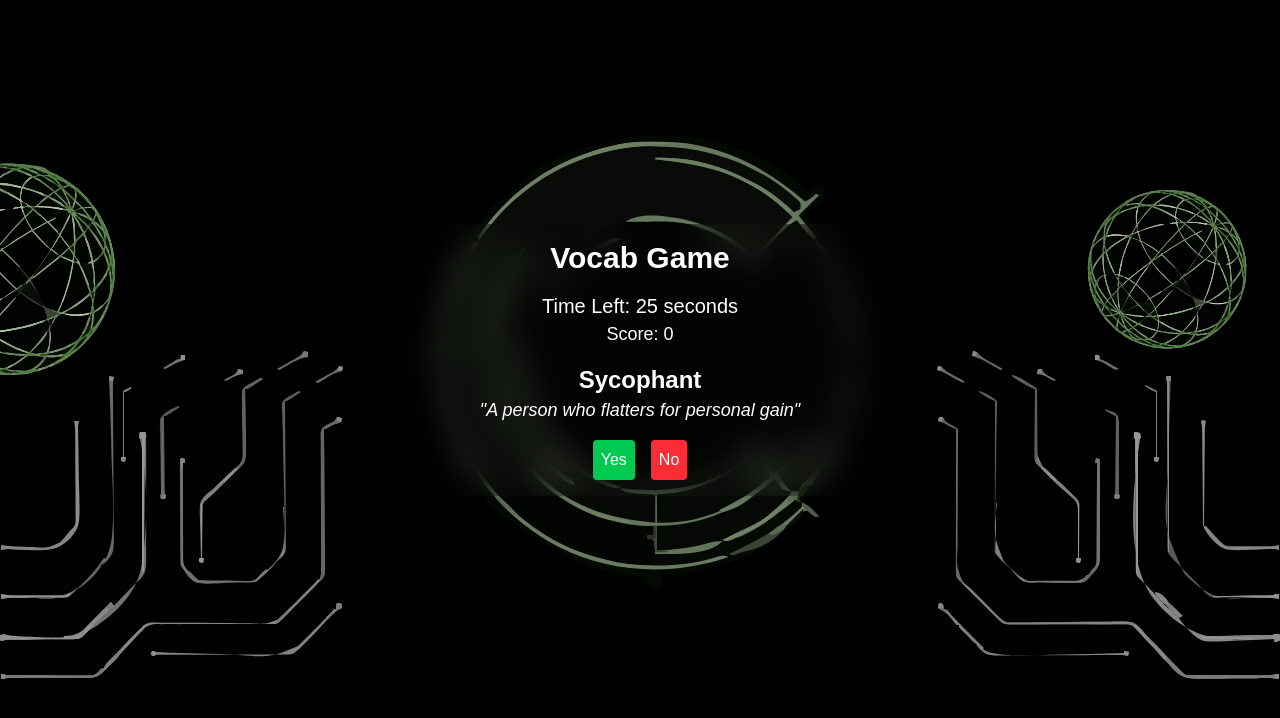
Repository: oxniw/bio-vocab
Page: /game
An editor plug-in stored every save of this project. The page is shown before and after the next save, followed by the edit.
The browser window is 1280 px wide. The pictures show the whole page.
The project was rebuilt for these pictures with package versions that can differ from the ones it lists, and the page was loaded fresh each time. The framework's server and built-in components were replaced by stand-ins that run in the browser. Also part of the build but not shown: next.config.ts.

Above is the page before, as saved 2025-04-03 22:38:39.

### src/app/game/page.jsx
'use client';

import { useState, useEffect } from 'react';
import Image from 'next/image';
const words = [
  { word: 'Ephemeral', definition: 'Lasting a very short time' },
  { word: 'Tenacious', definition: 'Holding fast; persistent' },
  { word: 'Ineffable', definition: 'Too great to be expressed in words' },
  { word: 'Sycophant', definition: 'A person who flatters for personal gain' },
  { word: 'Pernicious', definition: 'Having a harmful effect' }
];

export default function VocabGame() {
  const [currentWord, setCurrentWord] = useState('');
  const [currentDef, setCurrentDef] = useState('');
  const [score, setScore] = useState(0);
  const [timeLeft, setTimeLeft] = useState(30);
  const [gameOver, setGameOver] = useState(false);

  useEffect(() => {
    startGame();
  }, []);

  useEffect(() => {
    if (timeLeft > 0) {
      const timer = setTimeout(() => setTimeLeft(timeLeft - 1), 1000);
      return () => clearTimeout(timer);
    } else {
      setGameOver(true);
    }
  }, [timeLeft]);

  function getNewWord() {
    const wordObj = words[Math.floor(Math.random() * words.length)];
    const useCorrectDef = Math.random() > 0.5;
    setCurrentWord(wordObj.word);
    setCurrentDef(useCorrectDef ? wordObj.definition : words[Math.floor(Math.random() * words.length)].definition);
  }

  function startGame() {
    setScore(0);
    setTimeLeft(30);
    setGameOver(false);
    getNewWord();
  }

  function handleAnswer(isCorrect) {
    if (!gameOver) {
      const correctDef = words.find(w => w.word === currentWord).definition === currentDef;
      setScore(prev => prev + (correctDef === isCorrect ? 1 : -1));
      getNewWord();
    }
  }

  return (
    <div className=" items-center justify-center flex bg-black h-screen overflow-x-hidden relative">
      <Image
      className="absolute top-24 -left-36 rotate-45"
      src="/com/cysphere.svg"
      alt="Next.js logo"
      width={612/2 }
      height={408/2 }
      priority
      />
      <Image
      className="absolute top-24 -right-10 rotate-45 scale-75"
      src="/com/cysphere.svg"
      alt="Next.js logo"
      width={612/2 }
      height={408/2 }
      priority
      />
      <Image
      className="absolute bottom-0 left-0 "
      src="/com/cyd3.svg"
      alt="Next.js logo"
      width={343 }
      height={411 }
      priority
      />
      <Image
      className="absolute bottom-0 right-0 "
      src="/com/cy2d.svg"
      alt="Next.js logo"
      width={343 }
      height={411 }
      priority
      />
      <Image
      className="absolute scale-125"
      src="/com/cy4d.svg"
      alt="Next.js logo"
      width={343 }
      height={411 }
      priority
      />
      <div className='w-full h-screen  flex items-center absolute text-white justify-center overflow-hidden '>

        <div className="flex-col flex items-center w-full p-4  max-w-xl rounded-2xl shadow-lg bg-gradient-to-r bg-opacity-30 backdrop-blur-lg">
        <h1 className="text-3xl font-bold mb-4">Vocab Game</h1>
        <p className="text-xl">Time Left: {timeLeft} seconds</p>
        <p className="text-lg">Score: {score}</p>
        {gameOver ? (
          <button className="mt-4 p-2 bg-blue-500 text-white rounded" onClick={startGame}>
            Restart Game
          </button>
        ) : (
          <>
            <p className="text-2xl font-semibold mt-4">{currentWord}</p>
            <p className="text-lg italic mb-4">"{currentDef}"</p>
            <div className="flex gap-4">
              <button className="p-2 bg-green-500 text-white rounded" onClick={() => handleAnswer(true)}>
                Yes
              </button>
              <button className="p-2 bg-red-500 text-white rounded" onClick={() => handleAnswer(false)}>
                No
              </button>
            </div>
          </>
        )}
        </div>

      </div>


    </div>

  );
}

Loaded but not shown: src/app/layout.tsx (common file); src/app/globals.css (common file)

After the next save:
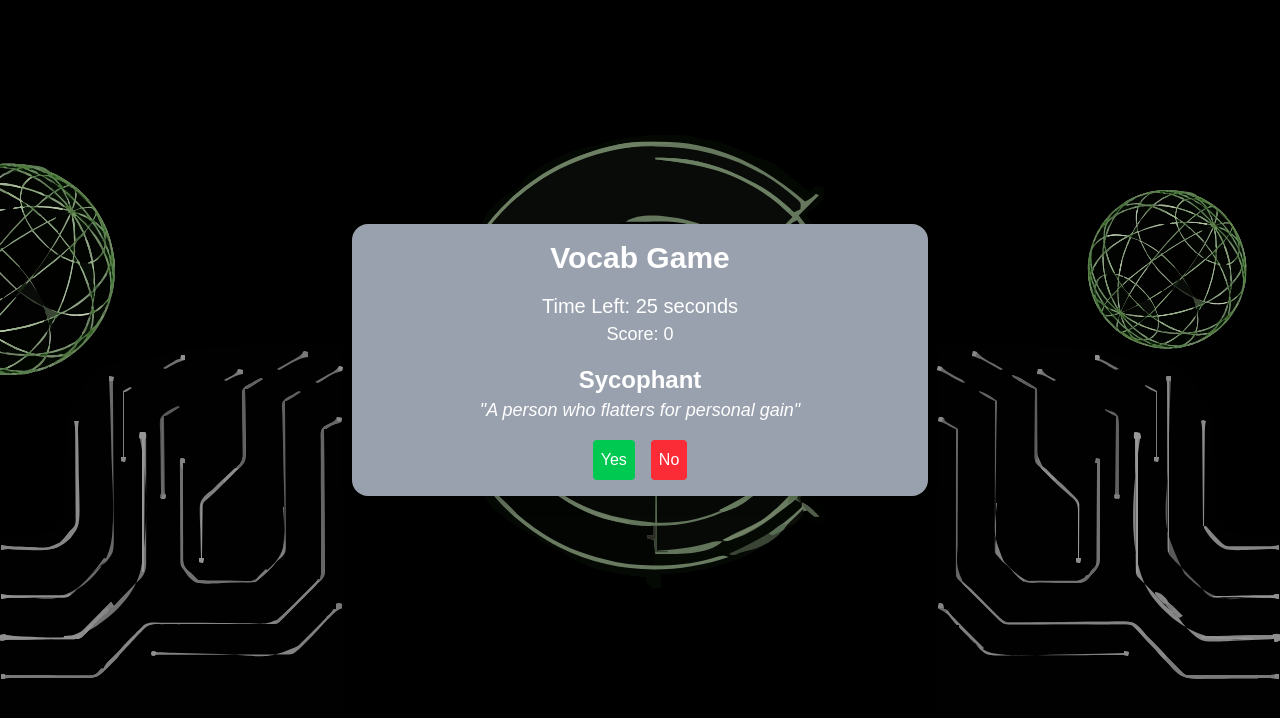
Saved 12 s later.
--- a/src/app/game/page.jsx
+++ b/src/app/game/page.jsx
@@ -96,7 +96,7 @@
       />
       <div className='w-full h-screen  flex items-center absolute text-white justify-center overflow-hidden '>
 
-        <div className="flex-col flex items-center w-full p-4  max-w-xl rounded-2xl shadow-lg bg-gradient-to-r bg-opacity-30 backdrop-blur-lg">
+        <div className="flex-col flex items-center w-full p-4  max-w-xl rounded-2xl shadow-lg bg-gradient-to-r bg-opacity-30 backdrop-blur-lg bg-gray-400">
         <h1 className="text-3xl font-bold mb-4">Vocab Game</h1>
         <p className="text-xl">Time Left: {timeLeft} seconds</p>
         <p className="text-lg">Score: {score}</p>

After the 2 saves that followed:
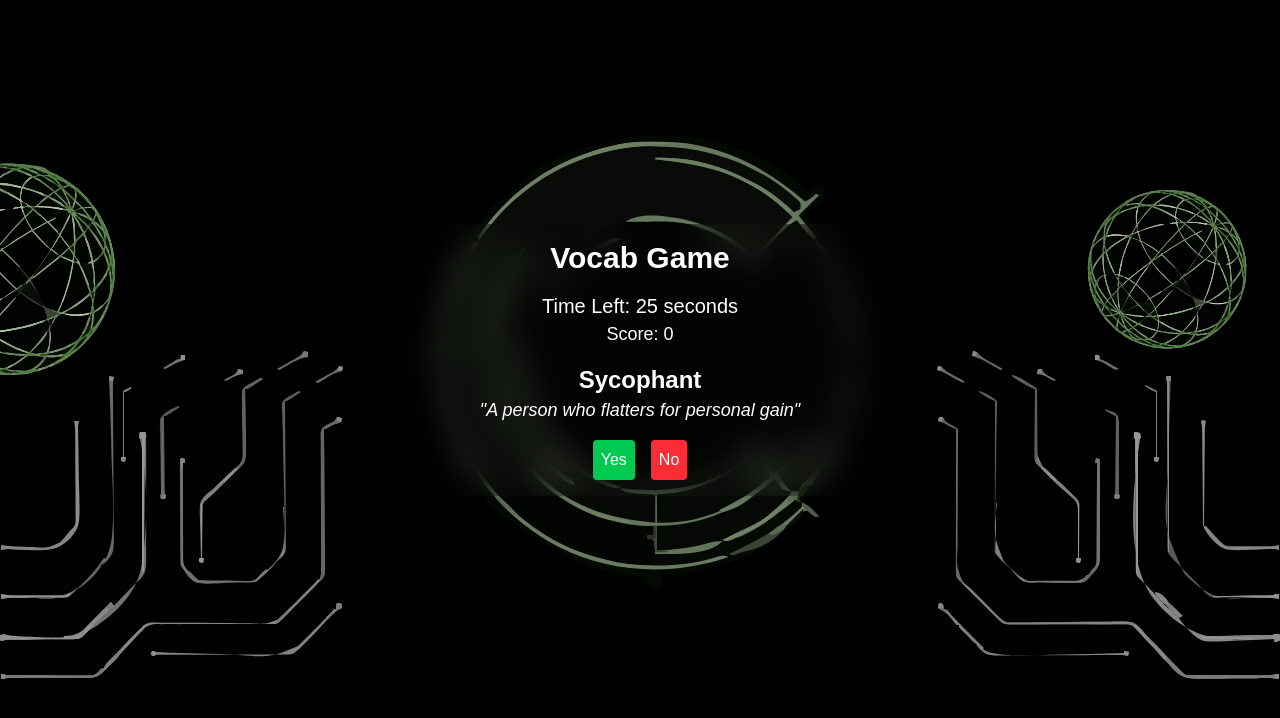
The 2 saves are shown as one change because 1 left the picture as it was.
The last was saved 30 s later.
--- a/src/app/game/page.jsx
+++ b/src/app/game/page.jsx
@@ -96,7 +96,7 @@
       />
       <div className='w-full h-screen  flex items-center absolute text-white justify-center overflow-hidden '>
 
-        <div className="flex-col flex items-center w-full p-4  max-w-xl rounded-2xl shadow-lg bg-gradient-to-r bg-opacity-30 backdrop-blur-lg bg-gray-400">
+        <div className="flex-col flex items-center w-full p-4  max-w-xl rounded-2xl shadow-lg bg-gradient-to-r bg-opacity-10 backdrop-blur-lg ">
         <h1 className="text-3xl font-bold mb-4">Vocab Game</h1>
         <p className="text-xl">Time Left: {timeLeft} seconds</p>
         <p className="text-lg">Score: {score}</p>
